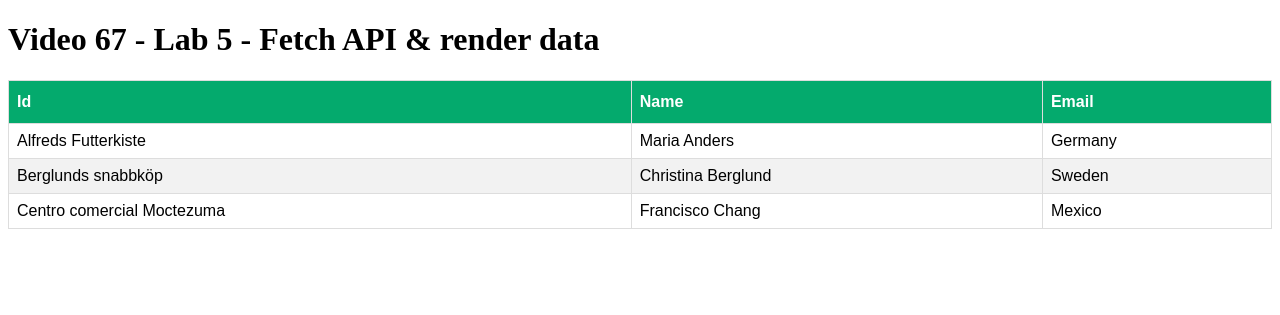
Repository: binhphanbp/JavaScript-TypeScript
Page: src/chapter07/video67-lab5/video67-lab5.html
These files come from the project's save history. The page is drawn as it stood at one moment and after the next save; the edit follows.
The browser window is 1280 px wide. The pictures show the whole page.

Above is the page before, as saved 2025-09-02 16:56:19.

### src/chapter07/video67-lab5/video67-lab5.html
<!DOCTYPE html>
<html lang="en">
  <head>
    <meta charset="UTF-8" />
    <meta name="viewport" content="width=device-width, initial-scale=1.0" />
    <title>Document</title>
    <style>
      #users {
        font-family: Arial, Helvetica, sans-serif;
        border-collapse: collapse;
        width: 100%;
      }

      #users td,
      #users th {
        border: 1px solid #ddd;
        padding: 8px;
      }

      #users tr:nth-child(even) {
        background-color: #f2f2f2;
      }

      #users tr:hover {
        background-color: #ddd;
      }

      #users th {
        padding-top: 12px;
        padding-bottom: 12px;
        text-align: left;
        background-color: #04aa6d;
        color: white;
      }
    </style>
  </head>

  <body>
    <h1>Video 67 - Lab 5 - Fetch API & render data</h1>

    <table id="users">
      <thead>
        <th>Id</th>
        <th>Name</th>
        <th>Email</th>
      </thead>
      <tbody>
        <tr>
          <td>Alfreds Futterkiste</td>
          <td>Maria Anders</td>
          <td>Germany</td>
        </tr>
        <tr>
          <td>Berglunds snabbköp</td>
          <td>Christina Berglund</td>
          <td>Sweden</td>
        </tr>
        <tr>
          <td>Centro comercial Moctezuma</td>
          <td>Francisco Chang</td>
          <td>Mexico</td>
        </tr>
      </tbody>
    </table>

    <script src="./video67-lab5.js"></script>
  </body>
</html>

### src/chapter07/video67-lab5/video67-lab5.js
console.log('Video 67');

After the next save:
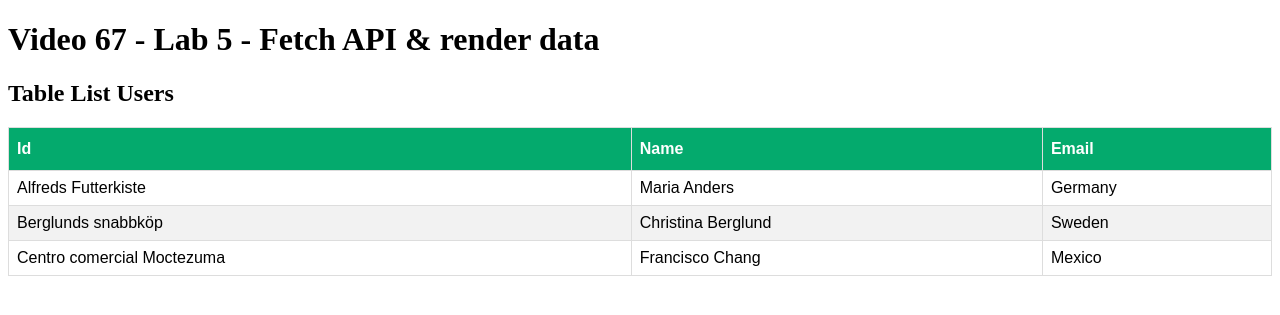
Saved 4 s later.
--- a/src/chapter07/video67-lab5/video67-lab5.html
+++ b/src/chapter07/video67-lab5/video67-lab5.html
@@ -37,6 +37,7 @@
 
   <body>
     <h1>Video 67 - Lab 5 - Fetch API & render data</h1>
+    <h2>Table List Users</h2>
 
     <table id="users">
       <thead>
